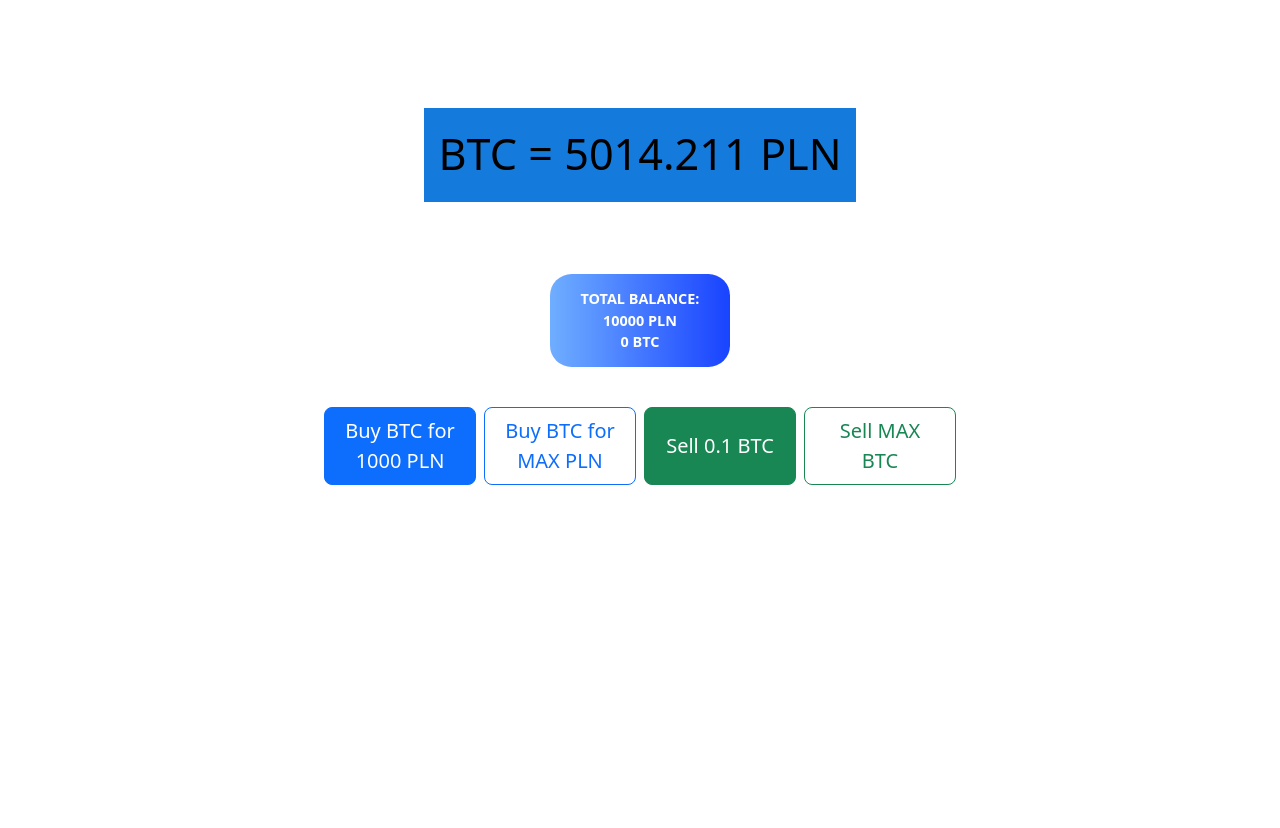
Repository: michalgornicki/bitcoin-virtual
Page: /
These files come from the project's save history. The page is drawn as it stood at one moment and after the next save; the edit follows.
The browser window is 1280 px wide. The pictures show the whole page.
The project was rebuilt for these pictures with package versions that can differ from the ones it lists, and the page was loaded fresh each time.

Above is the page before, as saved 2021-12-05 22:54:52.

After the next save:
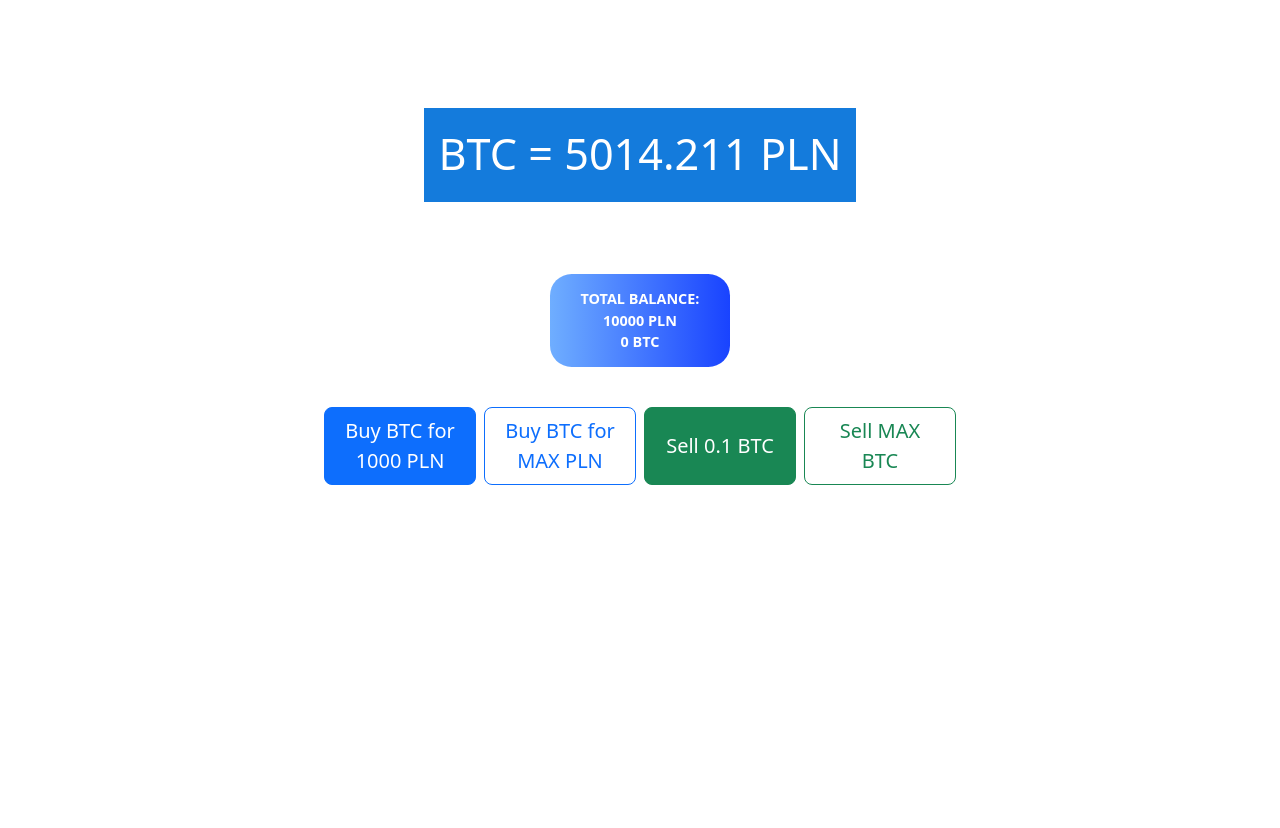
Saved 6 s later.
--- a/src/App.css
+++ b/src/App.css
@@ -18,7 +18,7 @@ body{
     padding: 2vmin;
     text-align: center;
     width: fit-content;
-    color: rgb(0, 0, 0);
+    color: rgb(255, 255, 255);
     background-color: rgb(20, 123, 220);
 }
 
